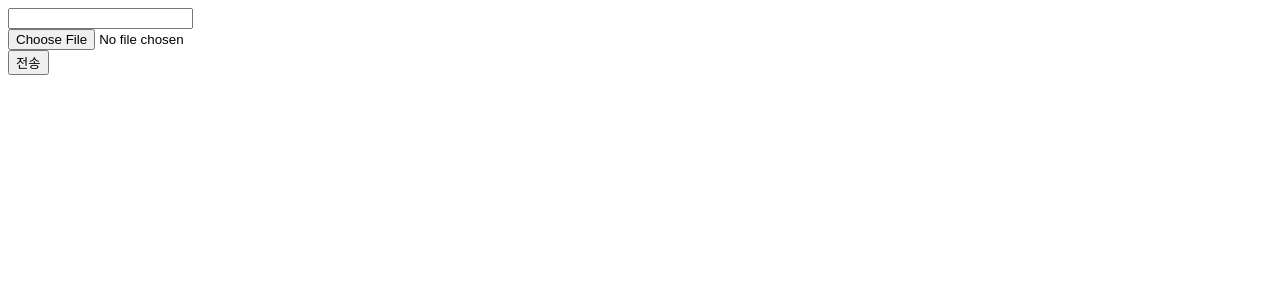
Repository: Rysdne/04_Spring
Page: http://localhost/demo-4/fileformjson.jsp
These files come from the project's save history. The page is drawn as it stood at one moment and after the next save; the edit follows.
The browser window is 1280 px wide. The pictures show the whole page.
The page is served by Tomcat 9.

Above is the page before, as saved 2022-09-13 02:20:20.

After the next save:
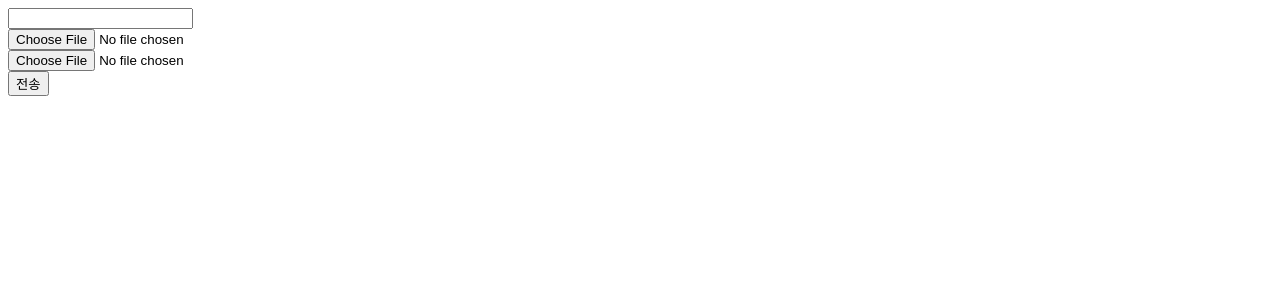
Saved 15 s later.
--- a/demo-4/src/main/webapp/fileformjson.jsp
+++ b/demo-4/src/main/webapp/fileformjson.jsp
@@ -21,7 +21,10 @@
 
 	<input type="text" id="key" name="key">
 	<br>
-	<input type="file" id="value" name="value">
+	<input type="file" id="file" name="file">
+	<br>
+		<input type="file" id="file" name="file">
+
 	<br>
 	<input type="button" value="전송" onclick="jsonformsend()">
 
